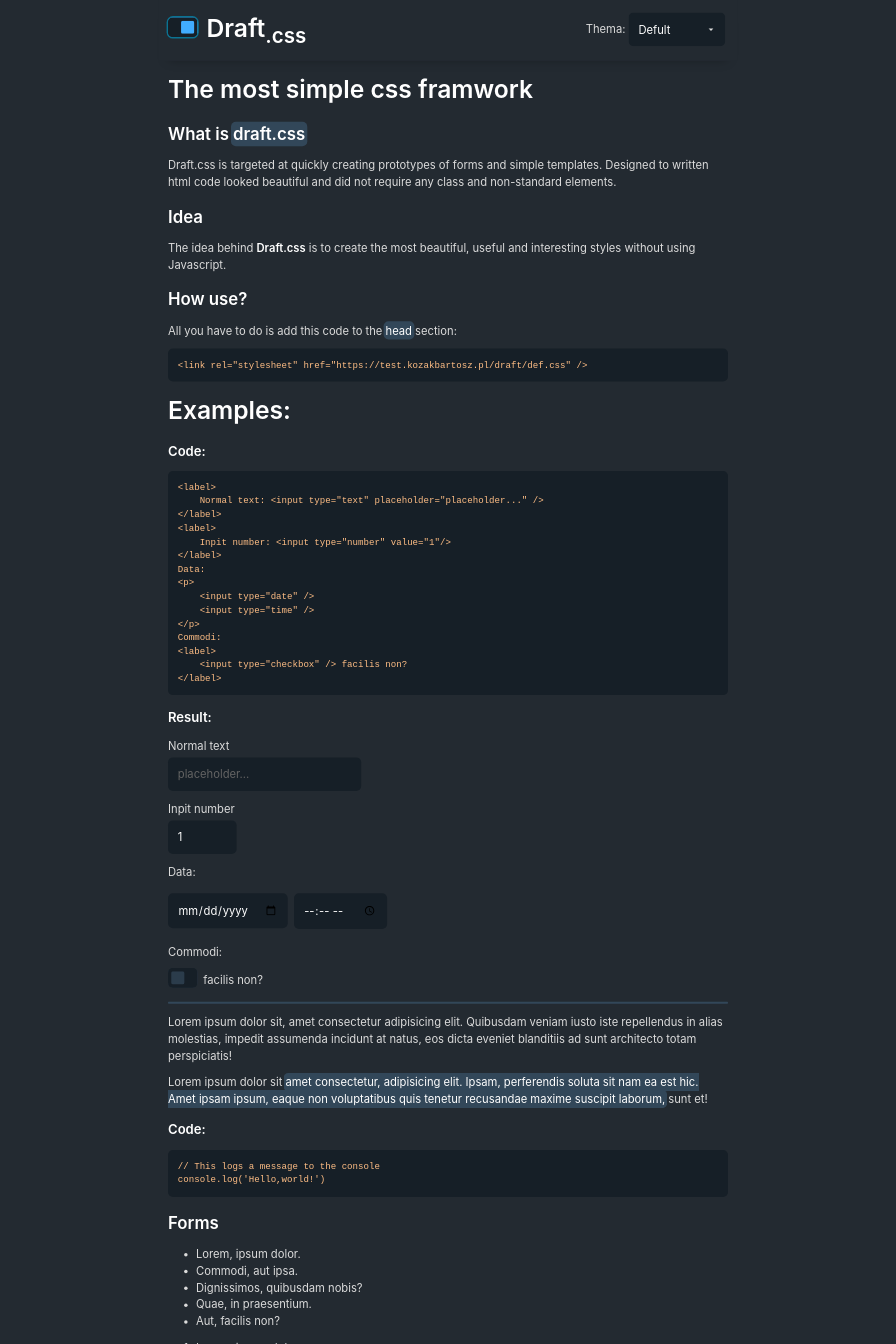
Repository: KozakBartosz/Draft
Page: index.html
These files come from the project's save history. The page is drawn as it stood at one moment and after the next save; the edit follows.
The browser window is 1280 px wide. The pictures show the part of the page from y = 0 to 1920 px (the page is 6115 px tall before and 6109 px after), at 70% of full size.

Above is the page before, as saved 2019-04-12 13:34:12.

### index.html
<!DOCTYPE html>
<html lang="en">
	<head>
		<meta charset="UTF-8" />
		<meta name="viewport" content="width=device-width, initial-scale=1.0" />
		<meta http-equiv="X-UA-Compatible" content="ie=edge" />
		<title>Draft.css</title>
		<link rel="stylesheet" href="draft.css" />
	</head>
	<body style="--sticky: calc(var(--mainpaddng) * 2 + 52px);">
		<header>
			<div style="float: right">
				Thema:
				<select name="" id="changethema">
					<option value="0">Defult</option>
					<option value="1">Defult mini</option>
					<option value="2">Light</option>
					<option value="3">Blood</option>
					<option value="4">Matrix</option>
				</select>
			</div>
			<h1 style="margin-bottom: 0">
				<input type="checkbox" checked="checked" /> Draft<sub>.css</sub>
			</h1>
		</header>
		<h1>The most simple css framwork</h1>
		<h2>What is <mark>draft.css</mark></h2>
		<p>
			Draft.css is targeted at quickly creating prototypes of forms and
			simple templates. Designed to written html code looked beautiful and
			did not require any class and non-standard elements.
		</p>

		<h2>Idea</h2>
		<p>
			The idea behind <strong>Draft.css</strong> is to create the most
			beautiful, useful and interesting styles without using Javascript.
		</p>
		<h2>How use?</h2>
		<p>
			All you have to do is add this code to the
			<mark>head</mark> section:
		</p>

		<pre><code>&lt;link rel="stylesheet" href="https://test.kozakbartosz.pl/draft/def.css" /&gt;</code></pre>

		<h1>Examples:</h1>

		<h3>Code:</h3>

		<pre><code>&lt;label&gt;<br />&nbsp; &nbsp; Normal text: &lt;input type="text" placeholder="placeholder..." /&gt;<br />&lt;/label&gt;<br />&lt;label&gt;<br />&nbsp; &nbsp; Inpit number: &lt;input type="number" value="1"/&gt;<br />&lt;/label&gt;<br />Data:<br />&lt;p&gt;<br />&nbsp; &nbsp; &lt;input type="date" /&gt;<br />&nbsp; &nbsp; &lt;input type="time" /&gt;<br />&lt;/p&gt;<br />Commodi:<br />&lt;label&gt;<br />&nbsp; &nbsp; &lt;input type="checkbox" /&gt; facilis non?<br />&lt;/label&gt;</code></pre>
		<h3>Result:</h3>
		<label>
			Normal text
			<input type="text" placeholder="placeholder..." />
		</label>
		<label>
			Inpit number
			<input type="number" value="1" />
		</label>
		Data:
		<p>
			<input type="date" />
			<input type="time" />
		</p>
		Commodi:
		<label> <input type="checkbox" /> facilis non? </label>

		<hr />

		<p>
			Lorem ipsum dolor sit, amet consectetur adipisicing elit. Quibusdam
			veniam iusto iste repellendus in alias molestias, impedit assumenda
			incidunt at natus, eos dicta eveniet blanditiis ad sunt architecto
			totam perspiciatis!
		</p>

		<p>
			Lorem ipsum dolor sit
			<mark
				>amet consectetur, adipisicing elit. Ipsam, perferendis soluta
				sit nam ea est hic. Amet ipsam ipsum, eaque non voluptatibus
				quis tenetur recusandae maxime suscipit laborum,</mark
			>
			sunt et!
		</p>

		<h3>Code:</h3>
		<pre><code>// This logs a message to the console<br />console.log('Hello,world!')</code></pre>

		<h2>Forms</h2>

		<ul>
			<li>Lorem, ipsum dolor.</li>
			<li>Commodi, aut ipsa.</li>
			<li>Dignissimos, quibusdam nobis?</li>
			<li>Quae, in praesentium.</li>
			<li>Aut, facilis non?</li>
		</ul>
		<ol>
			<li>Lorem, ipsum dolor.</li>
			<li>Commodi, aut ipsa.</li>
			<li>Dignissimos, quibusdam nobis?</li>
			<li>Quae, in praesentium.</li>
			<li>Aut, facilis non?</li>
		</ol>
		<textarea
			name="about"
			id="about"
			placeholder="I am a textarea..."
			rows="6"
		></textarea>
		<h2>Lorem ipsum dolor sit amet.</h2>
		<label>
			Normal text
			<input type="text" />
		</label>
		<label>
			Inpit number <input type="number" / value="1">
		</label>
		Date:
		<p>
			<input type="date" />
			<input type="time" />
		</p>
		<label>
			Nazwa:
			<select name="" id="">
				<option value="">Wybierz</option>
				<option value="">Fuga aut vero</option>
				<option value="">veritatis accusamus</option>
				<option value="">quam</option>
			</select>
		</label>
		<label>
			Nazwa:
			<select name="" id="" multiple>
				<option value="">consectetur adipisicing</option>
				<option value="">Nemo nihil unde</option>
				<option value="">animi mollitia</option>
				<option value="">dolor sit amet</option>
			</select>
		</label>

		<h2>Simple table</h2>

		<table>
			<tr>
				<th>lorem</th>
				<th>lorem</th>
				<th>lorem</th>
			</tr>
			<tr>
				<td>lorem</td>
				<td>lorem</td>
				<td>lorem</td>
			</tr>
			<tr>
				<td>lorem</td>
				<td>lorem</td>
				<td>lorem</td>
			</tr>
		</table>

		<h2>Adv table</h2>
		<p>
			When we added the <code>&lt;thead&gt;</code> and
			<code>&lt;tbody&gt;</code> table has
			<code>table-layout: fixed</code> and
			<code>position: sticky</code> for thead
		</p>

		<table>
			<thead>
				<tr>
					<th width="5%">#</th>
					<th>Kod</th>
					<th>Nazwa</th>
					<th>Opis</th>
					<th width="120px"></th>
				</tr>
			</thead>
			<tbody>
				<tr>
					<td width="5%">1</td>
					<td><code>EDG-651</code></td>
					<td>Lorem ipsum dolor</td>
					<td>
						Lorem ipsum dolor sit amet, consectetur adipisicing
						elitdolor sitamet
					</td>
					<td width="120px" style="text-align: right;">
						<input type="checkbox" />
					</td>
				</tr>
				<tr>
					<td width="5%">2</td>
					<td><code>EDG-652</code></td>
					<td>Lorem ipsum dolor</td>
					<td>
						Lorem ipsum dolor sit amet, consectetur adipisicing
						elitdolor sitamet
					</td>
					<td width="120px" style="text-align: right;">
						<input type="checkbox" />
					</td>
				</tr>
				<tr>
					<td width="5%">3</td>
					<td><code>EDX-652*</code></td>
					<td>Lorem ipsum dolor</td>
					<td>
						Lorem ipsum dolor sit amet, consectetur adipisicing
						elitdolor sitamet
					</td>
					<td width="120px" style="text-align: right;">
						<input type="checkbox" />
					</td>
				</tr>
				<tr>
					<td width="5%">5</td>
					<td><code>EDD-655</code></td>
					<td>Lorem ipsum dolor</td>
					<td>
						Lorem ipsum dolor sit amet, consectetur adipisicing
						elitdolor sitamet
					</td>
					<td width="120px" style="text-align: right;">
						<input type="checkbox" />
					</td>
				</tr>
			</tbody>
			<tfoot>
				<tr>
					<td colspan="4">Lorem ipsum doreta: <b>3</b></td>
					<td width="120px"><button>Remove</button></td>
				</tr>
			</tfoot>
		</table>

		<h3>Checkbox</h3>
		<label> <input type="checkbox" /> Ale ma kota </label>

		<label> <input type="checkbox" /> Ale ma kota2 </label>

		<label> <input type="checkbox" /> Ale ma kota3 </label>

		<h3>Radio</h3>
		<label> <input type="radio" name="radio" /> Ale ma kota </label>
		<label> <input type="radio" name="radio" /> Ale ma kota2 </label>
		<label> <input type="radio" name="radio" /> Ale ma kota3 </label>

		<hr />

		<h2>Search</h2>

		<fieldset class="search">
			<legend>Szukaj</legend>
			<form action="produkty,szukaj" method="get">
				<input
					type="text"
					name="q"
					placeholder="Wpisz czego szukasz..."
				/>
				<button>Szukaj</button>
			</form>
		</fieldset>

		<h2>Change button color by html</h2>

		<h2>Code</h2>
		<pre><code>&lt;button&gt;Exit&lt;/button&gt;<br>&lt;button style="--button: #7e1616; --buttonhover: #b40d0d;"&gt;
	Ok<br>&lt;/button&gt;</code></pre>

		<h3>result</h3>
		<button>Exit</button>
		<button style="--button: #7e1616; --buttonhover: #b40d0d;">
			Ok
		</button>

		<h2>Details</h2>

		<details>
			<summary>Szczypta detali</summary>
			<p>Informacje szczegółowe na dany temat.</p>
		</details>

		<details open>
			<summary>Jeszcze wiecej szczegółów</summary>
			<p>Tu jest jeszcze wiecej informacji szczegółowych</p>
		</details>

		<details>
			<summary>Jeszcze wiecej szczegółów</summary>
			<p>
				Lorem ipsum dolor sit amet consectetur adipisicing elit. Minima
				fugiat explicabo assumenda ducimus nobis aliquid esse, ad ab
				sapiente officiis repellat et, nisi atque itaque autem ut
				architecto tempore consequatur.
			</p>
		</details>

		<h2>Real Form</h2>

		<details>
			<summary>Jeszcze wiecej szczegółów</summary>
			<p>
				Lorem ipsum dolor sit amet consectetur adipisicing elit. Minima
				fugiat explicabo assumenda ducimus nobis aliquid esse, ad ab
				sapiente officiis repellat et, nisi atque itaque autem ut
				architecto tempore consequatur.
			</p>
		</details>

		<form>
			<label for="email">Email</label>
			<input
				type="email"
				name="email"
				required=""
				id="email"
				value=""
				placeholder="john.doe@gmail.com"
			/>
			<label for="text">Text</label>
			<input
				type="text"
				name="email"
				required=""
				id="text"
				value=""
				placeholder="john.doe@gmail.com"
			/>

			<label for="id">User id (read only)</label>
			<input readonly="" name="id" id="id" value="04D6H89Z" />

			<label for="disabled">Random disabled input</label>
			<input
				disabled=""
				name="disabled"
				id="disabled"
				placeholder="Because why not?"
			/>

			<label for="about">About me</label>

			<input type="checkbox" name="remember" id="remember" checked="" />
			<label for="remember">Remember me</label>

			<input type="submit" />
		</form>

		<p>
			<strong>Lorem ipsum</strong> dolor sit,
			<a href="">amet consectetur adipisicing</a> elit.
			<i>Hic nobis</i> atque eligendi voluptatum doloribus rem praesentium
			veniam quo delectus explicabo, architecto ipsam ipsa unde vitae
			excepturi iusto nesciunt placeat ducimus.
		</p>
		<p>
			Lorem ipsum dolor sit amet consectetur adipisicing elit. Enim saepe
			quisquam delectus accusantium nam recusandae obcaecati ullam, non
			neque <a href="">commodi modi tempore </a>magni magnam. Tenetur
			officiis mollitia facere libero sint.
		</p>
		<h4>Lorem ipsum dolor sit amet.</h4>
		<p>
			Lorem ipsum dolor, sit amet consectetur adipisicing elit. Possimus,
			vero quibusdam. Rerum libero nihil aspernatur, ipsam vel voluptatem
			inventore quasi. Odit, sapiente? Delectus beatae laudantium sapiente
			cupiditate et libero? Corrupti.
		</p>

		<button>Send</button>
		<script>
			var themes = [
				[
					{ brand: "#41adff" },
					{ mainbg: "#232a31" },
					{ mainpaddng: "14px" },
					{ radius: "7px" },

					{ low: "#161f27" },
					{ like: "#2b3c4b" },
					{ midi: "#324759" },
					{ hight: "#0b7392" },

					{ text: "#dbdbdb" },
					{ textContrast: "#fff" },

					{ code: "#ffbe85" },

					{ button: "#2b3c4a" },
					{ buttonhover: "#334a5e" },
					{ buttontext: "#fff" },

					{ fillhover: "#1b2731" }
				],
				[
					{ brand: "#41adff" },
					{ mainbg: "#232a31" },
					{ mainpaddng: "12px" },
					{ radius: "12px" },

					{ low: "#161f27" },
					{ like: "#2b3c4b" },
					{ midi: "#324759" },
					{ hight: "#0b7392" },

					{ text: "#dbdbdb" },
					{ textContrast: "#fff" },

					{ code: "#ffbe85" },

					{ button: "#2b3c4a" },
					{ buttonhover: "#334a5e" },
					{ buttontext: "#fff" },

					{ fillhover: "#1b2731" }
				],
				[
					{ brand: "#41adff" },
					{ mainbg: "#ffffff" },
					{ mainpaddng: "14px" },
					{ radius: "7px" },

					{ low: "#e8f1fa" },
					{ like: "#cfe2f7" },
					{ midi: "#b2cee7" },
					{ hight: "#1db5e4" },

					{ text: "#3f4646" },
					{ textContrast: "#1a1f1f" },

					{ code: "#20595f" },

					{ button: "#3dcca1" },
					{ buttonhover: "#34e0ad" },
					{ buttontext: "#fff" },

					{ fillhover: "#e8f5ff" }
				],
				[
					{ mainpaddng: "18px" },
					{ radius: "3px" },
					{ brand: "#c21a1a" },
					{ mainbg: "#312323" },

					{ code: "#ffbe85" },

					{ text: "#dbdbdb" },
					{ textContrast: "#fff" },

					{ button: "#4a2b2b" },
					{ buttonhover: "#5e3333" },
					{ buttontext: "#fff" },

					{ fillhover: "#311b1b" },

					{ low: "#271616" },
					{ like: "#4b2b2b" },
					{ midi: "#593232" },
					{ hight: "#800f0f" }
				],
				[
					{ mainpaddng: "11px" },
					{ radius: "13px" },
					{ brand: "#1ac260" },
					{ mainbg: "#233126" },

					{ code: "#c0ff85" },

					{ text: "#dbdbdb" },
					{ textContrast: "#fff" },

					{ button: "#324a2b" },
					{ buttonhover: "#385e33" },
					{ buttontext: "#fff" },

					{ fillhover: "#1b3122" },

					{ low: "#162717" },
					{ like: "#2b4b2e" },
					{ midi: "#32593f" },
					{ hight: "#0f803a" }
				]
			];

			let changethema = document.getElementById("changethema");
			let root = document.documentElement;
			changethema.addEventListener("change", e => {
				console.log(e);
				var theme = themes[e.target.value];
				theme.forEach(element => {
					var k = Object.keys(element)[0];
					root.style.setProperty("--" + k, element[k]);
				});
			});
		</script>
	</body>
</html>

### draft.css
/* TO DO */
/* <details> */
:root {
	--brand: #41adff;
	--mainbg: #232a31;
	--mainpaddng: 14px;
	--radius: 7px;

	--low: #161f27;
	--like: #2b3c4b;
	--midi: #324759;
	--hight: #0b7392;

	--text: #dbdbdb;
	--textContrast: #fff;

	--code: #ffbe85;

	--button: #2b3c4a;
	--buttonhover: #334a5e;
	--buttontext: #fff;

	--fillhover: #1b2731;

	--sticky: 0px;
}
/*
:root {
	--brand: #41adff;
	--mainbg: #ffffff;
	--mainpaddng: 14px;
	--radius: 7px;

	--low: #e8f1fa;
	--like: #cfe2f7;
	--midi: #b2cee7;
	--hight: #1db5e4;

	--text: #3f4646;
	--textContrast: #1a1f1f;

	--code: #20595f;

	--button: #3dcca1;
	--buttonhover: #34e0ad;
	--buttontext: #fff;

	--fillhover: #e8f5ff;
} */

/* :root {
	--mainpaddng: 18px;
	--radius: 3px;
	--brand: #c21a1a;
	--mainbg: #312323;

	--code: #ffbe85;

	--text: #dbdbdb;
	--textContrast: #fff;

	--button: #4a2b2b;
	--buttonhover: #5e3333;
	--buttontext: #fff;

	--fillhover: #311b1b;

	--low: #271616;
	--like: #4b2b2b;
	--midi: #593232;
	--hight: #800f0f;
} */

/* :root {
	--mainpaddng: 11px;
	--radius: 13px;
	--brand: #1ac260;
	--mainbg: #233126;

	--code: #c0ff85;

	--text: #dbdbdb;
	--textContrast: #fff;

	--button: #324a2b;
	--buttonhover: #385e33;
	--buttontext: #fff;

	--fillhover: #1b3122;

	--low: #162717;
	--like: #2b4b2e;
	--midi: #32593f;
	--hight: #0f803a;
} */
body {
	font-family: -apple-system, BlinkMacSystemFont, "Segoe UI", "Roboto",
		"Oxygen", "Ubuntu", "Cantarell", "Fira Sans", "Droid Sans",
		"Helvetica Neue", sans-serif;
	line-height: 1.5;
	max-width: 800px;
	margin: 0px auto;
	padding: 0 var(--mainpaddng);
	color: var(--text);
	background: var(--mainbg);
	text-rendering: optimizeLegibility;
}

label {
	display: block;
}
a,
a:active,
button,
button:active,
input,
input:active,
textarea,
details,
summary,
th,
td {
	outline: none;
	box-shadow: none;
	transition: background-color 0.2s ease, box-shadow 0.2s ease,
		transform 0.2s ease;
}
h1 {
	font-size: 2.2em;
	margin-top: 0;
}
h1,
h2,
h3,
h4,
h5,
h6 {
	margin-bottom: 12px;
}
h1,
h2,
h3,
h4,
h5,
h6,
strong {
	color: var(--textContrast);
	font-weight: 600;
}
button,
input[type="submit"],
input[type="button"],
input[type="checkbox"],
input[type="radio"] {
	cursor: pointer;
	display: inline-block;
}

input,
select,
button,
textarea {
	/* display: block; */
	color: var(--textContrast);
	background-color: var(--low);
	font-family: inherit;
	font-size: inherit;
	margin: 4px 4px 6px 0;
	padding: var(--mainpaddng);
	border: none;
	border-radius: var(--radius);
	outline: none;
	-webkit-appearance: none;
	vertical-align: middle;
}
input[type="number"] {
	max-width: calc(var(--mainpaddng) * 5);
}

button:hover,
input:hover,
select:hover,
textarea:hover,
textarea:hover {
	background-color: var(--fillhover);
}

label > input,
label > select {
	display: block;
}

textarea {
	margin-right: 0;
	width: 100%;
	box-sizing: border-box;
	resize: vertical;
}
button,
input[type="submit"],
input[type="button"] {
	color: var(--buttontext);
	background-color: var(--button);
	padding: var(--mainpaddng) calc(var(--mainpaddng) * 2);
}

select:not([multiple]) {
	padding-right: calc(var(--mainpaddng) * 3);
	background: var(--low)
		url("data:[embedded picture, 198 characters]")
		100% 50%/27px 7px no-repeat;
}

/* input:not([value=""]):invalid,
select:not([value=""]):invalid,
textarea:not([value=""]):invalid {
	box-shadow: 0 0 0 2px darkred;
} */

input:focus,
select:focus,
button:focus,
textarea:focus {
	background-color: var(--fillhover);
	box-shadow: 0 0 0 2px var(--hight);
}

button:focus,
input[type="submit"]:focus,
input[type="button"]:focus {
	background-color: var(--buttonhover);
}

button:hover,
input[type="submit"]:hover,
input[type="button"]:hover {
	background-color: var(--buttonhover);
	box-shadow: 0 5px 20px -5px rgba(0, 0, 0, 0.35), 0 3px 0 0 var(--button);
	transform: translateY(-3px);
}
button:active,
input[type="submit"]:active,
input[type="button"]:active {
	transform: translateY(0px);
	box-shadow: 0 5px 20px -5px rgba(0, 0, 0, 0.35);
}

input:disabled {
	cursor: not-allowed;
	opacity: 0.5;
}

input[type="radio"],
input[type="checkbox"] {
	margin-top: -2px;
	transition: background-color 0.25s ease,
		box-shadow 0.25s cubic-bezier(0.53, 1.59, 0.51, 1);
}
input[type="checkbox"] {
	background-color: var(--like);
	width: calc(var(--mainpaddng) * 3);
	box-shadow: calc(var(--mainpaddng) * -1) 0 0 calc(var(--mainpaddng) / 3)
			var(--low) inset,
		0 0 0 calc(var(--mainpaddng) / 3) var(--low) inset;
}
input[type="checkbox"]:hover,
input[type="radio"]:hover {
	background-color: var(--midi);
}
input[type="checkbox"]:focus {
	box-shadow: calc(var(--mainpaddng) * -1) 0 0 calc(var(--mainpaddng) / 3)
			var(--low) inset,
		0 0 0 calc(var(--mainpaddng) / 3) var(--low) inset,
		0 0 0 2px var(--hight);
}

input[type="radio"] {
	border-radius: 100%;
	box-shadow: 0 0 0 calc(var(--mainpaddng) / 2) var(--low) inset;
}
input[type="checkbox"]:checked,
input[type="radio"]:checked {
	box-shadow: 0 0 0 calc(var(--mainpaddng) / 3) var(--low) inset,
		0 0 0 2px var(--hight), 0 0 0 1px var(--low);
	background-color: var(--brand);
}

input[type="checkbox"]:checked {
	box-shadow: var(--mainpaddng) 0 0 calc(var(--mainpaddng) / 3) var(--low)
			inset,
		0 0 0 calc(var(--mainpaddng) / 3) var(--low) inset,
		0 0 0 2px var(--hight);
}

::placeholder {
	color: #636363;
}
a {
	text-decoration: none;
	color: var(--hight);
}
a:hover {
	text-decoration: underline;
	color: var(--brand);
}

mark {
	background: linear-gradient(var(--brand), var(--brand)) 50% 100%/100% 40%
		no-repeat;
	background: var(--midi);
	padding: 3px;
	margin: -3px;
	/* text-shadow: 1px 1px 1px var(--mainbg), -1px 1px 1px var(--mainbg),
		0px 1px 1px var(--mainbg); */
	color: var(--textContrast);
	border-radius: var(--radius);
}

ul,
ol,
label,
code,
p {
	margin: var(--mainpaddng) 0;
}

code,
kbd {
	background: var(--low);
	color: var(--code);
	padding: 4px;
	border-radius: var(--radius);
}
/* pre {
	margin: 0 calc(var(--mainpaddng) * -1);
} */
pre > code {
	display: block;
	overflow-x: auto;
	padding: var(--mainpaddng);
}
img {
	max-width: 100%;
}
hr {
	margin: var(--mainpaddng) 0;
	border: none;
	height: 3px;
	border-radius: calc(var(--radius) / 6);
	background: var(--midi);
}
fieldset {
	border: 3px solid var(--midi);
	border-radius: var(--radius);
}
fieldset > legend {
	font-weight: 600;
	color: var(--textContrast);
	padding: calc(var(--mainpaddng) / 2) calc(var(--mainpaddng));
}

details {
	padding: var(--mainpaddng);
	border-radius: var(--radius);
	padding-bottom: calc(var(--mainpaddng) + var(--radius));
	background: var(--low);
}

details:last-of-type {
	padding-bottom: var(--mainpaddng);
}

details + details {
	margin-top: calc(var(--radius) * -1);
	border-top: 1px solid var(--mainbg);
	border-radius: 0 0 var(--radius) var(--radius);
}

details[open],
details:hover:not([open]) {
	background: var(--like);
	z-index: 1;
}
details summary {
	cursor: pointer;
	margin: calc(var(--mainpaddng) * -1);
	padding: var(--mainpaddng);
}

table {
	/* display: block; */
	/* overflow-x: auto; */
	/* border-collapse: collapse; */
	margin: var(--mainpaddng) -1px;
	width: calc(100% + 2px);
	border-spacing: 1px;
	position: relative;
}
tbody,
tfoot,
thead {
	border-radius: calc(var(--radius) + 2px);
	overflow: hidden;
	background: var(--mainbg);
	table-layout: fixed;
	position: relative;
	z-index: 0;
	display: table;
	width: calc(100% + 2px);
}

header,
thead {
	background: var(--mainbg);
	position: sticky;
	top: var(--sticky);
	z-index: 5;
	box-shadow: 0px 12px 15px -15px rgba(0, 0, 0, 0.35);
}
header {
	z-index: 10;
	top: 0px;
	display: block;
	padding: var(--mainpaddng);
	margin: 0 calc(var(--mainpaddng) * -1) var(--mainpaddng);
}
td,
th {
	padding: var(--mainpaddng);
	background: var(--low);
}
th {
	color: var(--textContrast);
}
tr:hover td {
	background-color: var(--fillhover);
}

After the next save:
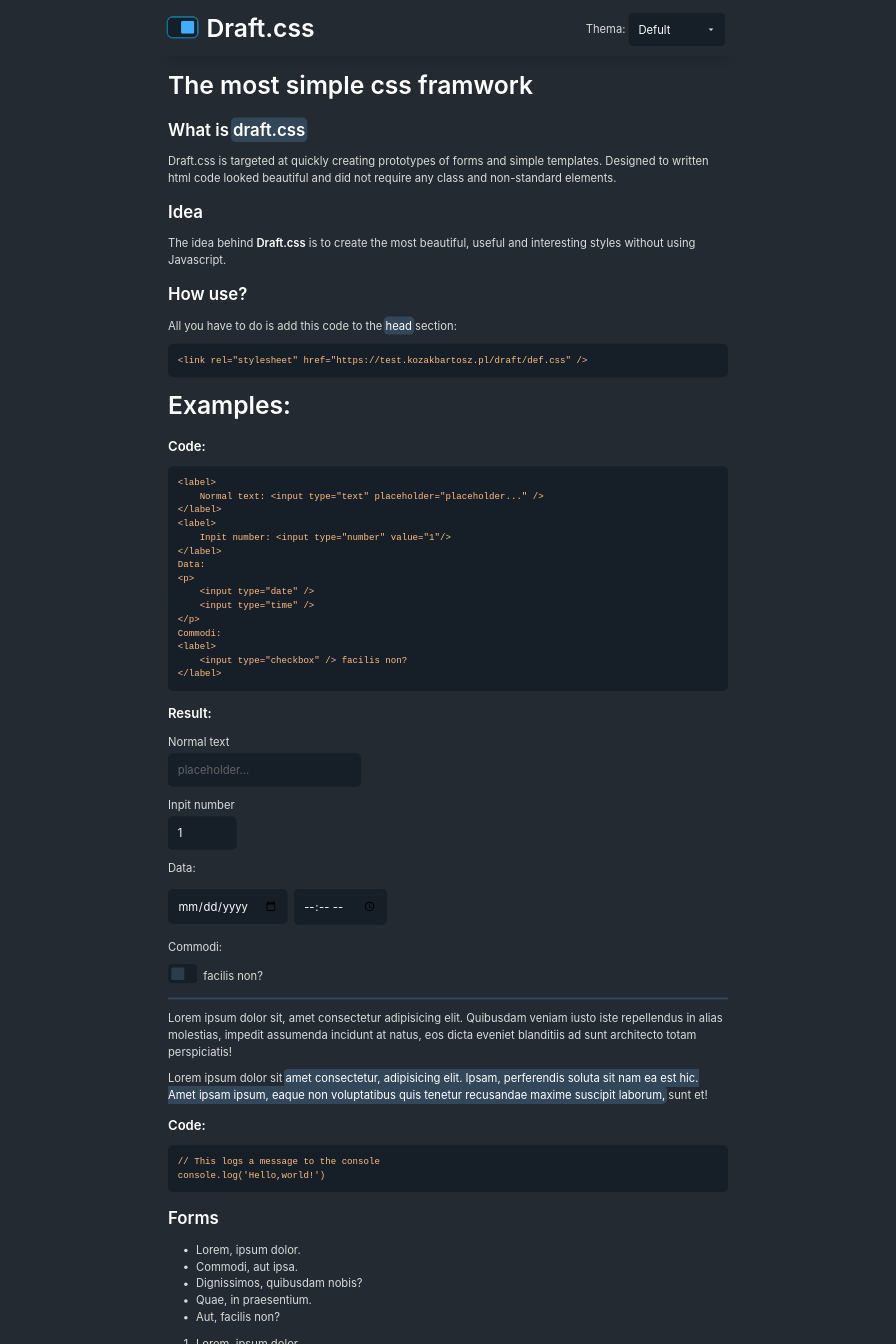
Saved 10 s later.
--- a/index.html
+++ b/index.html
@@ -20,7 +20,7 @@
 				</select>
 			</div>
 			<h1 style="margin-bottom: 0">
-				<input type="checkbox" checked="checked" /> Draft<sub>.css</sub>
+				<input type="checkbox" checked="checked" /> Draft.css
 			</h1>
 		</header>
 		<h1>The most simple css framwork</h1>
